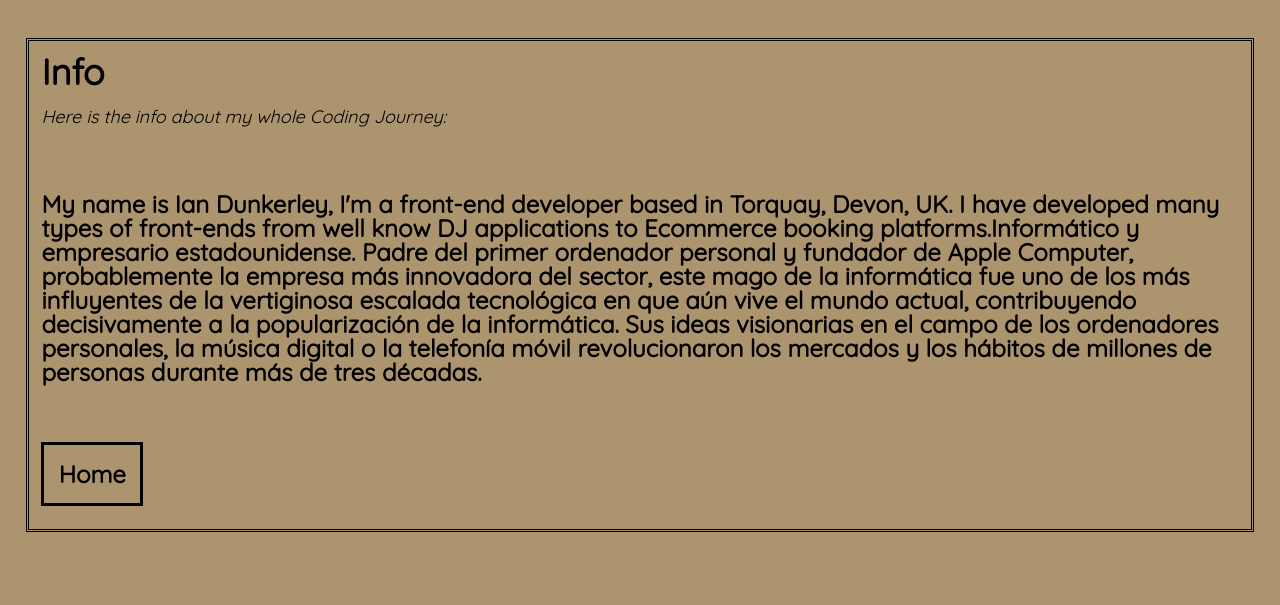
Repository: rickypcyt/ricky-react-portfolio
Page: /Info
These files come from the project's save history. The page is drawn as it stood at one moment and after a run of saves; the edit follows.
The browser window is 1280 px wide. The pictures show the whole page.
The project was rebuilt for these pictures with package versions that can differ from the ones it lists, and the page was loaded fresh each time. Also part of the build but not shown: src/Content.js, src/pages/Projects.js, src/pages/Contact.js, src/pages/WebMural.js, src/pages/NotesJS.js.

Above is the page before, as saved 2022-09-12 15:09:09.

### src/index.js
import React from "react";
import ReactDOM from "react-dom/client";
import "./index.css";
import App from "./App";
import reportWebVitals from "./reportWebVitals";
import { BrowserRouter, Routes, Route, Switch } from "react-router-dom";

const root = ReactDOM.createRoot(document.getElementById("root"));
root.render(
  <React.StrictMode>
    <BrowserRouter>
      <App />
    </BrowserRouter>
  </React.StrictMode>
);

// If you want to start measuring performance in your app, pass a function
// to log results (for example: reportWebVitals(console.log))
// or send to an analytics endpoint. Learn more: https://bit.ly/CRA-vitals
reportWebVitals();

### src/index.css
@import url("https://fonts.googleapis.com/css2?family=Quicksand");

input[type="file"] {
  display: none;
}
.container {
  top: 0%;
  left: 0%;
}
::marker {
  display: none;
}
.image-container {
  width: 100%;
  margin: auto;
  display: flex;
  flex-direction: row;
  justify-content: space-evenly;
  gap: 15px;
  padding: 10px;
}
body {
  line-height: 1;
  font-family: "Quicksand";
  font-size: large;
  margin: 2%;
  padding: 1%;
  border-style: double;
  margin-top: 3%;
  background: #ac946e;
}
ol {
  list-style: none;
  display: flex;
  padding: 0;
  justify-content: space-between;
  align-items: flex-start;
  display: flex;
  flex-wrap: wrap;
  align-content: center;
}
.content {
  position: absolute;
  right: calc(var(--pad) * 2);
  bottom: calc(var(--pad) * 2);
  white-space: nowrap;
}
.parrafo {
  line-height: 1.5;
  text-align: end;
  font-size: larger;
}
.parrafo span {
  display: block;
}
.titulo {
  margin: 0;
}
.oli {
  font-weight: bold;
  border-style: solid;
  font-size: x-large;
  padding: 1ch;
}
.descripcion {
  font-weight: lighter;
  font-style: oblique;
}
.oli:hover {
  color: black;
  border-style: dotted;
}
.page {
  padding-top: 2%;
  padding-bottom: 3%;
}
.pageContact {
  padding-top: 8%;
  padding-bottom: 9%;
}
.cabeceranavi {
  padding-bottom: 1%;
}
p {
  font-weight: bold;
}
a {
  color: black;
  text-decoration: none;
  padding: 0ch;
}
span {
  font-size: larger;
}
li {
  width: 7%;
  height: 10%;
}
ul {
  list-style-type: none;
  margin: 0%;
  display: flex;
  align-items: center;
  flex-direction: row;
  padding-top: 5%;
  padding-bottom: 5%;
  padding-left: 0%;
  justify-content: space-around;
}
.imagenes {
  display: block;
  height: auto;
  width: auto;
  padding-top: 5%;
  padding-bottom: 5%;
}

.imagenesproyect {
  position: relative;
}
.fixer {
  display: flex;
  flex-direction: row;
  justify-content: space-evenly;
  padding-bottom: 3%;
}
.overlay {
  position: absolute;
  top: 0.83cm;

  background: rgb(0, 0, 0);
  background: rgb(2, 0.3, 0.9, 0.6); /* Black see-through */
  color: #f1f1f1;
  width: 100%;
  transition: 0.5s ease;
  color: white;
  text-align: center;
  font-size: 20px;
  padding-top: 20px;
  padding-bottom: 20px;
  opacity: 0;
}
.imagenesproyect:hover .overlay {
  opacity: 1;
}
.overlay2 {
  position: absolute;
  bottom: 8%;
  background: rgb(0, 0, 0);
  background: rgba(40, 40, 40, 0.6); /* Black see-through */
  color: #f1f1f1;
  width: 100%;
  transition: 0.5s ease;
  color: white;
  text-align: center;
  font-size: 20px;
  padding-top: 20px;
  padding-bottom: 20px;
  opacity: 0;
}
.imagenesproyect:hover .overlay2 {
  opacity: 1;
}

.homeinfo {
  font-size: x-large;
}

@media screen and (max-width: 1340px) {
  .fixer {
    flex-direction: column;
    justify-content: center;
  }
  .imagenes {
    height: auto;
    width: 100%;
  }
  ol {
  }
}

.image-container {
  width: auto;
  margin: auto;
  /* display: flex; */
  flex-wrap: wrap;
  gap: 15px;
  padding: 10px;
}

.image-container img {
  max-width: 100%;
  max-height: 225px;
}

.container .image-container .image {
  border: 4px solid black;
  overflow: hidden;
  /* cursor: pointer; */
}

.container .image-container .image img {
  height: 100%;
  width: 100%;
}
@media (max-width: 700px) {
  .image-container img {
    max-height: -10px;
  }
}

.image:hover {
  transform: scale(1.15); /* (150% zoom - Note: if the zoom is too large, it will go outside of the viewport) */
}

### src/App.js
import Content from "./Content";
import Info from "./pages/Info";
import Projects from "./pages/Projects";
import Contact from "./pages/Contact";
import WebMural from "./pages/WebMural";
import NotesJS from "./pages/NotesJS";
import { Route, Routes, Switch } from "react-router-dom";

function App() {
  return (
    <>
      <Routes>
        <Route path="/" element={<Content />}/>
        <Route path="/Projects" element={<Projects />} />
        <Route path="/Info" element={<Info />} />
        <Route path="/Contact" element={<Contact />} />
        <Route path="/WebMural" element={<WebMural />} />
        <Route path="/NotesJS" element={<NotesJS />} />
      </Routes>
    </>
  );
}
export default App;

### src/pages/Info.js
import { Link, useMatch, useResolvedPath } from "react-router-dom";
export default function Info() {
  return (
    <main>
      <div id="Page">
        <div className="cabecera">
          <h1 className="titulo">Info </h1>
          <p className="descripcion">
            Here is the info about my whole Coding Journey:
          </p>
        </div>
        <div className="separador">
          <section className="page" style={{ display: "block", opacity: 1 }}>
            <div className="homeinfo">
              <p >
                My name is Ian Dunkerley, I'm a front-end developer based in
                Torquay, Devon, UK. I have developed many types of front-ends
                from well know DJ applications to Ecommerce booking
                platforms.Informático y empresario estadounidense. Padre del
                primer ordenador personal y fundador de Apple Computer,
                probablemente la empresa más innovadora del sector, este mago de
                la informática fue uno de los más influyentes de la vertiginosa
                escalada tecnológica en que aún vive el mundo actual,
                contribuyendo decisivamente a la popularización de la
                informática. Sus ideas visionarias en el campo de los
                ordenadores personales, la música digital o la telefonía móvil
                revolucionaron los mercados y los hábitos de millones de
                personas durante más de tres décadas.
              </p>
            </div>
          </section>
          <nav className="cabeceranavi">
            <ol>
              <CustomLink to="/" className="oli">
                Home
              </CustomLink>
            </ol>
          </nav>
        </div>
      </div>
    </main>
  );
}

function CustomLink({ to, children, ...props }) {
  const resolvedPath = useResolvedPath(to);
  const isActive = useMatch({ path: resolvedPath.pathname, end: true });
  return (
    <li className={isActive ? "active" : ""}>
      <Link to={to} {...props}>
        {children}
      </Link>
    </li>
  );
}

Loaded but not shown: public/index.html (common file); src/reportWebVitals.js (common file)

After the next 3 saves:
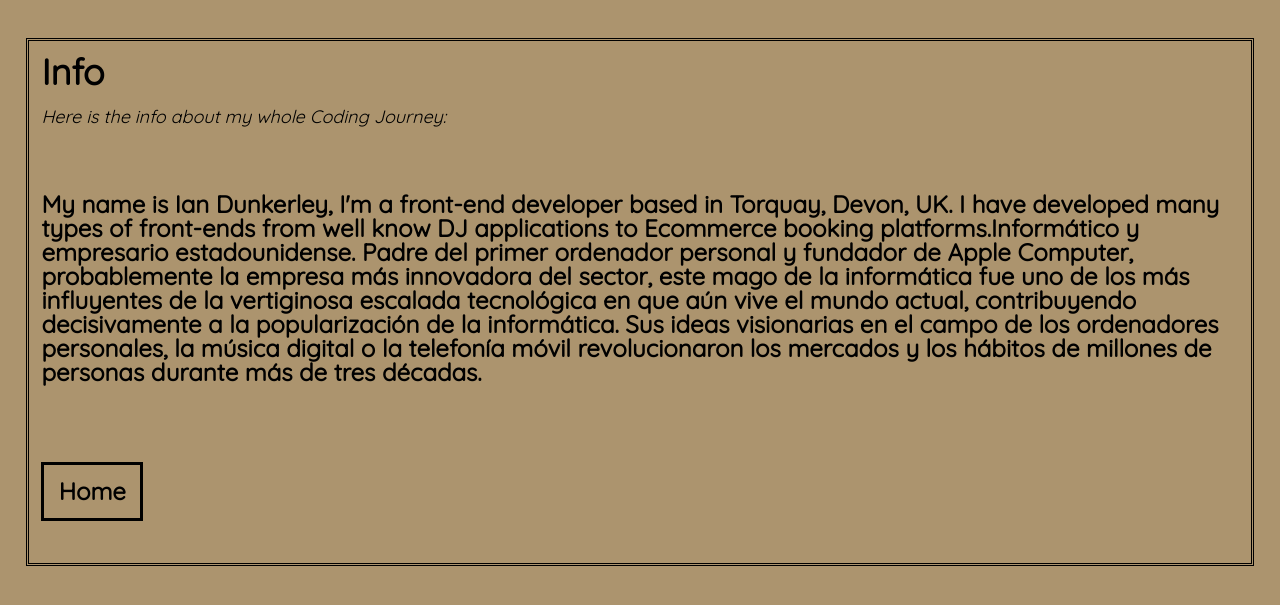
The 3 saves are shown as one change because they came seconds apart.
The last was saved 31 s later.
--- a/src/pages/Info.js
+++ b/src/pages/Info.js
@@ -12,7 +12,7 @@ export default function Info() {
         <div className="separador">
           <section className="page" style={{ display: "block", opacity: 1 }}>
             <div className="homeinfo">
-              <p >
+              <p>
                 My name is Ian Dunkerley, I'm a front-end developer based in
                 Torquay, Devon, UK. I have developed many types of front-ends
                 from well know DJ applications to Ecommerce booking
@@ -31,9 +31,9 @@ export default function Info() {
           </section>
           <nav className="cabeceranavi">
             <ol>
-              <CustomLink to="/" className="oli">
-                Home
-              </CustomLink>
+              <div className="oli">
+                <CustomLink to="/">Home</CustomLink>
+              </div>
             </ol>
           </nav>
         </div>
